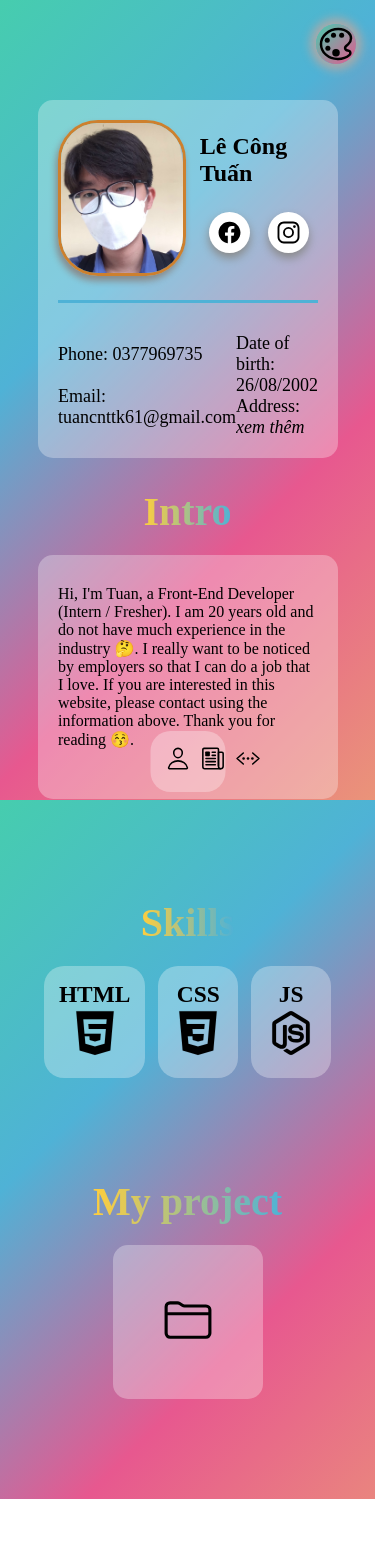
Repository: LeCongTuan2608/Profile
Page: index.html
The author's editor kept a copy of each file at every save. The page is drawn from the files as they stood at one save, then again after the next save.
The browser window is 375 px wide. The page is 383 px wide, then 375 px, so the pictures cover 383 px, including what lies to the right of the window. The pictures show the whole page.
Backgrounds fixed to the window are drawn as part of the page. The style sheet was rebuilt from its Sass, Less or Tailwind sources for each picture, by a compiler version that may differ from the author's.

Above is the page before, as saved 2022-05-05 12:30:31.

After the next save:
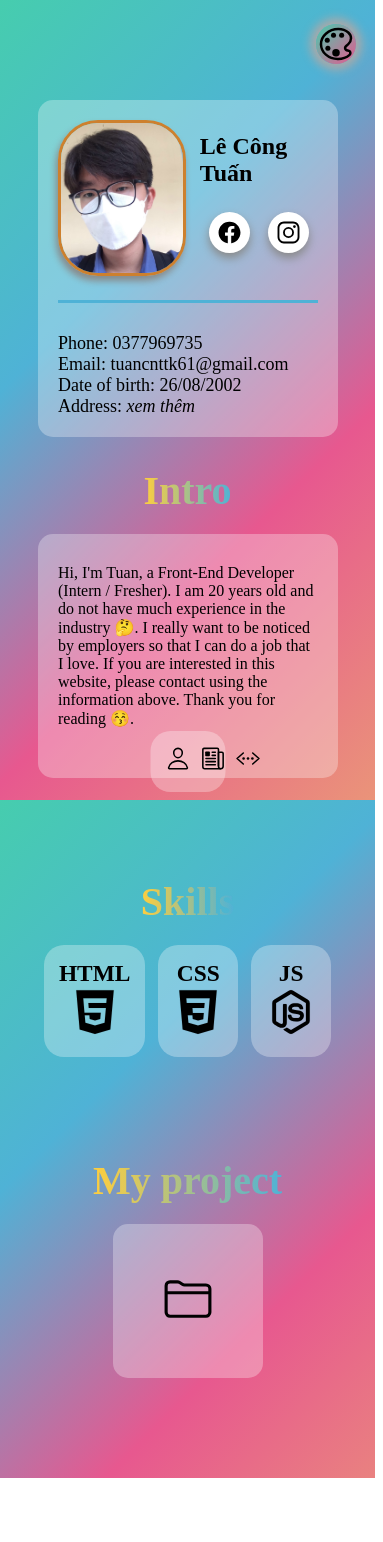
Saved 12 s later.
--- a/sass/style.scss
+++ b/sass/style.scss
@@ -436,5 +436,6 @@ background-color: #a5e296;
     }
     .contact{
         padding-top: 30px;
-    }
-}
+        display: block;
+    }
+}
